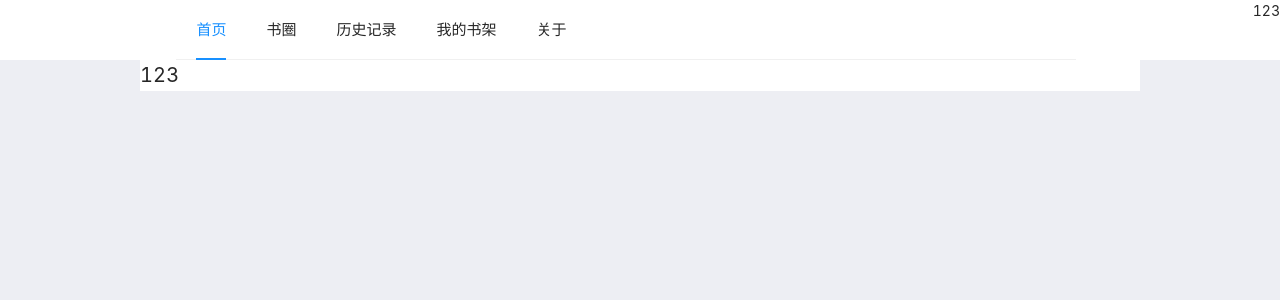
Repository: Fengjing95/book-react
Page: /
The author's editor kept a copy of each file at every save. The page is drawn from the files as they stood at one save, then again after the next save.
The browser window is 1280 px wide. The pictures show the whole page.
The project was rebuilt for these pictures with package versions that can differ from the ones it lists, and the page was loaded fresh each time.

Above is the page before, as saved 2021-02-19 11:41:59.

### src/index.js
/*
 * @Date: 2021-01-24 10:37:12
 * @LastEditors: 小枫
 * @description: 配置
 * @LastEditTime: 2021-01-24 11:21:08
 * @FilePath: \book-react\src\index.js
 */
import React from 'react';
import ReactDOM from 'react-dom';
import './index.css';
import App from './App';
// import reportWebVitals from './reportWebVitals';
import axios from 'axios';
import 'antd/dist/antd.css';

// 配置axios
axios.defaults.baseURL = '/api'
// 配置请求拦截
axios.interceptors.request.use(
  config => {
    config.headers.Authorization = window.localStorage.getItem('token')
    return config;
  },
  err => {
    return Promise.reject(err);
  }
);
// 添加响应拦截器
axios.interceptors.response.use(
  function (response) {
    console.log(response);
    return response;
  },
  function (error) {
    // 对响应错误做点什么
    return Promise.reject(error);
  }
);
React.Component.prototype.$http = axios

ReactDOM.render(
  <React.StrictMode>
    <App />
  </React.StrictMode>,
  document.getElementById('root')
);

// If you want to start measuring performance in your app, pass a function
// to log results (for example: reportWebVitals(console.log))
// or send to an analytics endpoint. Learn more: https://bit.ly/CRA-vitals
// reportWebVitals();

### src/App.js
/*
 * @Date: 2021-01-24 10:37:12
 * @LastEditors: 小枫
 * @description: 主组件
 * @LastEditTime: 2021-02-19 11:28:44
 * @FilePath: \book-react\src\App.js
 */
import './App.css';
import { BrowserRouter as Router } from "react-router-dom"
import { renderRoutes } from 'react-router-config'
import { routes } from './router/index'
import MyMenu from './components/MyMenu/MyMenu'

function AppRouter() {
  return <div>
      <Router>
        <MyMenu />
        <div className="App">
          {renderRoutes(routes)}
        </div>
      </Router>
    </div >
}

export default AppRouter

### src/App.css
.App {
  /* text-align: center; */
  width: 1000px;
  margin: 0 auto;
  background-color: #fff;
}


.App-logo {
  height: 40vmin;
  pointer-events: none;
}

@media (prefers-reduced-motion: no-preference) {
  .App-logo {
    animation: App-logo-spin infinite 20s linear;
  }
}

.App-header {
  background-color: #282c34;
  min-height: 100vh;
  display: flex;
  flex-direction: column;
  align-items: center;
  justify-content: center;
  font-size: calc(10px + 2vmin);
  color: white;
}

.App-link {
  color: #61dafb;
}

@keyframes App-logo-spin {
  from {
    transform: rotate(0deg);
  }
  to {
    transform: rotate(360deg);
  }
}

### src/router/index.js
/*
 * @Date: 2021-01-24 11:15:58
 * @LastEditors: 小枫
 * @description: description
 * @LastEditTime: 2021-01-24 11:19:53
 * @FilePath: \book-react\src\router\index.js
 */
import Home from '../pages/Home/Home'

export const routes = [
  {
    path: '/',
    exact: true,
    component: Home
  },
  // {
  //   path: '/list/:id',
  //   component: InputList,
  //   routes: [
  //     {
  //       path: '/list/:id/h',
  //       component: News
  //     }
  //   ]
  // }
]

### src/components/MyMenu/MyMenu.jsx
import React, { Component } from 'react'
import { Menu } from 'antd'
import { Link } from "react-router-dom"
import './menu.sass'

export class MyMenu extends Component {
  constructor(props) {
    super(props)

    this.state = {
      current: 'home',
      menu: [
        { name: '首页', route: '/', key: 'home' },
        { name: '书圈', route: '/discussion', key: 'discussion' },
        { name: '历史记录', route: '/history', key: 'history' },
        { name: '我的书架', route: '/collection', key: 'collection' },
        { name: '关于', route: '/about', key: 'about' }
      ]
    }
  }

  menuHandler = (e) => {
    this.setState({
      current: e.key
    })
  }

  render() {
    return (
      <div className="menu-bg">
        <Menu
          selectedKeys={[this.state.current]}
          mode="horizontal" onClick={this.menuHandler}
          style={{ lineHeight: '60px', fontSize: '15px', width: '900px', margin: '0 auto' }}>
          {
            this.state.menu.map((item) => {
              return <Menu.Item key={item.key}>
                <Link to={item.route}>{item.name}</Link>
              </Menu.Item>
            })
          }
        </Menu>
        <div className="user">123</div>
      </div>
    )
  }
}

export default MyMenu

### src/pages/Home/Home.jsx
import React, { Component } from 'react'
import './home.sass'

export class Home extends Component {
  constructor(props) {
    super(props)

    this.state = {
      msg: '123',
    }
  }

  render() {
    return (
      <div className="msg">
        {this.state.msg}
      </div>
    )
  }
}

export default Home

### src/components/MyMenu/menu.sass
.menu-bg
  width: 100%
  background-color: #fff
  display: flex

### src/pages/Home/home.sass
.msg
  font-size: 20px

Loaded but not shown: public/index.html (common file); src/index.css (common file)

After the next save:
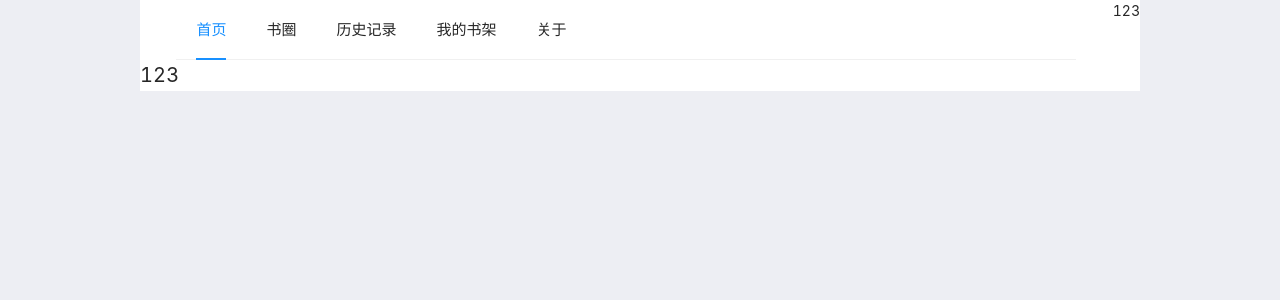
Saved 89 s later.
--- a/src/components/MyMenu/menu.sass
+++ b/src/components/MyMenu/menu.sass
@@ -1,4 +1,5 @@
 .menu-bg
-  width: 100%
+  width: 1000px
   background-color: #fff
   display: flex
+  margin: 0 auto
